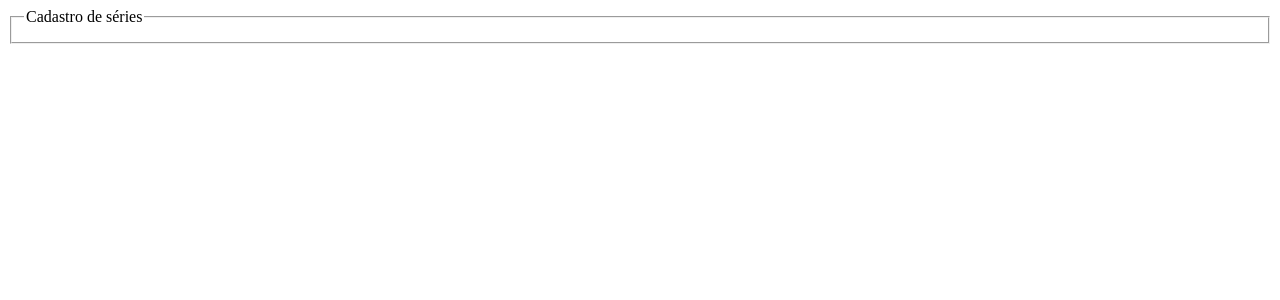
Repository: shamanickCoder/FIAP
Page: Desenvolvimentos de Sistemas Web/1 semestre/Javascript/CSS-AULAS/09-CSS/WebContent/cadastro.html
An editor plug-in stored every save of this project. The page is shown before and after the next save, followed by the edit.
The browser window is 1280 px wide. The pictures show the whole page.

Above is the page before, as saved 2016-03-30 11:09:00.

### Desenvolvimentos de Sistemas Web/1 semestre/Javascript/CSS-AULAS/09-CSS/WebContent/cadastro.html
<!DOCTYPE html>
<html>
<head>
<meta charset="UTF-8">
<title>Cadastro de séries</title>
</head>
<body>
<div>
 <fieldset>
  <legend>Cadastro de séries</legend>
 </fieldset>
</div>
</body>
</html>

After the next save:
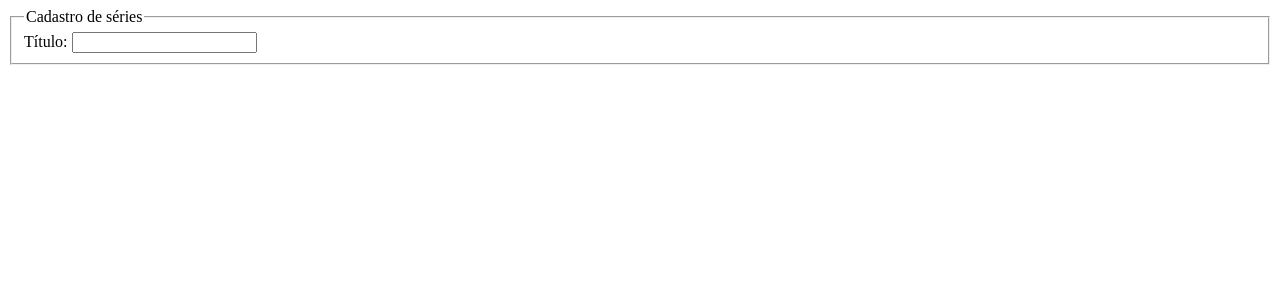
Saved 5 min 16 s later.
--- a/Desenvolvimentos de Sistemas Web/1 semestre/Javascript/CSS-AULAS/09-CSS/WebContent/cadastro.html
+++ b/Desenvolvimentos de Sistemas Web/1 semestre/Javascript/CSS-AULAS/09-CSS/WebContent/cadastro.html
@@ -6,9 +6,15 @@
 </head>
 <body>
 <div>
+<form action = "cadastro" method = "post">
  <fieldset>
   <legend>Cadastro de séries</legend>
+  <div>
+   <label for = "titulo">Título:</label>
+   <input type = "text" name = "titulo" id = "titulo">
+  </div>
  </fieldset>
+</form>
 </div>
 </body>
 </html>
